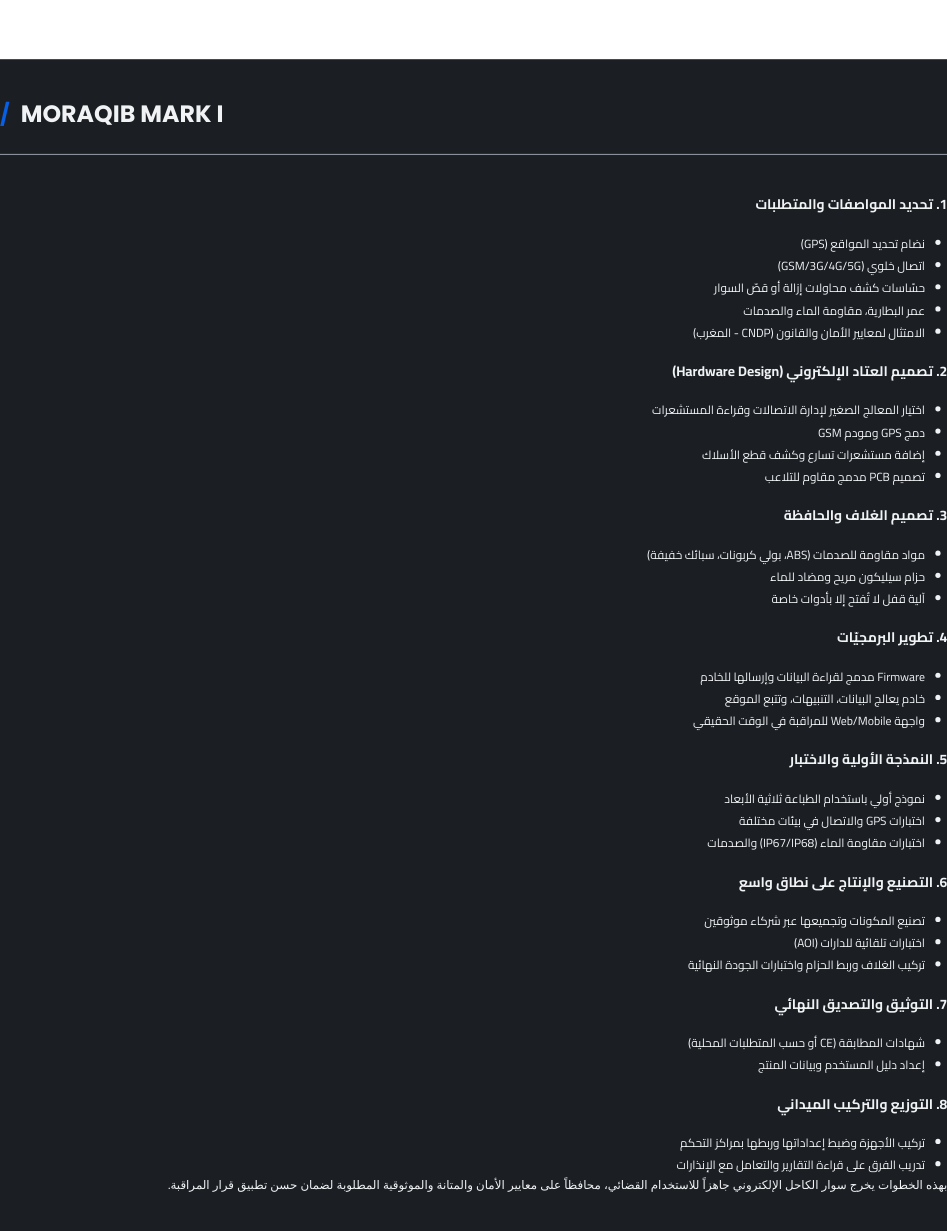
Repository: ayoubgharts/nextjs_protfolio
Page: /tutorials
An editor plug-in stored every save of this project. The page is shown before and after the next save, followed by the edit.
The browser window is 1280 px wide. The pictures show the whole page, at 74% of full size.
The project was rebuilt for these pictures with package versions that can differ from the ones it lists, and the page was loaded fresh each time. The framework's server and built-in components were replaced by stand-ins that run in the browser. Also part of the build but not shown: next.config.mjs.

Above is the page before, as saved 2025-06-01 00:40:04.

### src/app/tutorials/page.jsx
// pages/tutorials.js
import Link from "next/link";
import styles from "./tutorials.module.css";

import { Container } from "react-bootstrap";

import SectionTitle from "@/components/buttons/section-title/SectionTitle";

export default function Tutorials() {
  return (
    <main className={styles.tutorials}>
      <Container>
        <SectionTitle textContent={"MORAQIB mark I"} />
        <div className={styles.project}>
          <h3>1. تحديد المواصفات والمتطلبات</h3>
          <ul>
            <li>نضام تحديد المواقع (GPS)</li>
            <li>اتصال خلوي (GSM/3G/4G/5G)</li>
            <li>حسّاسات كشف محاولات إزالة أو قصّ السوار</li>
            <li>عمر البطارية، مقاومة الماء والصدمات</li>
            <li>الامتثال لمعايير الأمان والقانون (CNDP - المغرب)</li>
          </ul>

          <h3>2. تصميم العتاد الإلكتروني (Hardware Design)</h3>
          <ul>
            <li>اختيار المعالج الصغير لإدارة الاتصالات وقراءة المستشعرات</li>
            <li>دمج GPS ومودم GSM</li>
            <li>إضافة مستشعرات تسارع وكشف قطع الأسلاك</li>
            <li>تصميم PCB مدمج مقاوم للتلاعب</li>
          </ul>

          <h3>3. تصميم الغلاف والحافظة</h3>
          <ul>
            <li>مواد مقاومة للصدمات (ABS، بولي كربونات، سبائك خفيفة)</li>
            <li>حزام سيليكون مريح ومضاد للماء</li>
            <li>آلية قفل لا تُفتح إلا بأدوات خاصة</li>
          </ul>

          <h3>4. تطوير البرمجيّات</h3>
          <ul>
            <li>Firmware مدمج لقراءة البيانات وإرسالها للخادم</li>
            <li>خادم يعالج البيانات، التنبيهات، وتتبع الموقع</li>
            <li>واجهة Web/Mobile للمراقبة في الوقت الحقيقي</li>
          </ul>

          <h3>5. النمذجة الأولية والاختبار</h3>
          <ul>
            <li>نموذج أولي باستخدام الطباعة ثلاثية الأبعاد</li>
            <li>اختبارات GPS والاتصال في بيئات مختلفة</li>
            <li>اختبارات مقاومة الماء (IP67/IP68) والصدمات</li>
          </ul>

          <h3>6. التصنيع والإنتاج على نطاق واسع</h3>
          <ul>
            <li>تصنيع المكونات وتجميعها عبر شركاء موثوقين</li>
            <li>اختبارات تلقائية للدارات (AOI)</li>
            <li>تركيب الغلاف وربط الحزام واختبارات الجودة النهائية</li>
          </ul>

          <h3>7. التوثيق والتصديق النهائي</h3>
          <ul>
            <li>شهادات المطابقة (CE أو حسب المتطلبات المحلية)</li>
            <li>إعداد دليل المستخدم وبيانات المنتج</li>
          </ul>

          <h3>8. التوزيع والتركيب الميداني</h3>
          <ul>
            <li>تركيب الأجهزة وضبط إعداداتها وربطها بمراكز التحكم</li>
            <li>تدريب الفرق على قراءة التقارير والتعامل مع الإنذارات</li>
          </ul>

          <p>
              بهذه الخطوات يخرج سوار الكاحل الإلكتروني جاهزاً للاستخدام القضائي، محافظاً على
              معايير الأمان والمتانة والموثوقية المطلوبة لضمان حسن تطبيق قرار المراقبة.
          </p>
        </div>
      </Container>
    </main>
  );
}

### src/app/globals.css

/*? import google font 'Poppins' */
@import url('https://fonts.googleapis.com/css2?family=Poppins:wght@100;200;300;400;500;600;700&family=Raleway:ital,wght@0,100..900;1,100..900&display=swap');

/*? all variables */
:root {
  /*. Web colors vars */
  --dark:      #1b1f24;
  --dark-fixed:      #1b1f24;
  --dark-300:  #23282f;
  --dark-400:  #2b323b;
  --dark-300-opacity:  #23282fab;
  --dark-400-opacity:  #2b323bb0;
  --dark-300-fixed:#282c31;
  --dark-500:  #333c47;
  --dark-600:  #4d5a6a;
  --dark-700:  #778392;
  --dark-800:  #9da6b3;

  --light:     #f0f2f4;
  --light-fixed:     #f0f2f4;
  --light-300: #454649;
  --light-400: #c3cad5;
  --light-500: #8895aa;

  --primary:   #075fe4;
  --primary-dark:   #12499c;
  --primary-light:   #6b93cf;
  --success:   #11845b;
  --danger:    #c6303e;
  --danger-dark:    #992934;
  --warning:   #fd7e14;

  --purple:    #4c0bce;
  --purple-dark:    #330f7c;
  --violet:    #712cf9;
  --pink:    #f92c8c;
  --yellow:    #ffc107;
  --green:     #198754;
  --teal:      #20c997;
  --cyan:      #0dcaf0;

  /*. Mobile Var Colors */
  --mobile-dark:      #1b1f24;
  --mobile-light:     #f0f2f4;
  --mobile-dark-300:  #23282f;
  --mobile-dark-500:  #333c47;
  --mobile-dark-700:  #778392;



  /*. transitions vars */
  --trans-03: all ease .3s;
  --trans-05: all ease .5s;

  /*. border radius vars */
  --br-8: 8px;
  --br-50: 50px;

  /*. padding global default */
  --container-120: 0 120px;
  --container-60: 0 60px;
  --container-20: 0 20px;

  /*. buttons vars */
  --btn-padding: 10px 25px;
  --btn-font-size: 1.2rem;
  --btn-font-media: 0.9rem;
  --light-btn:#f0f2f4;

}


/* Light mode overrides */
.light-mode {

  /*. web switch colors */
  --dark:       #e0e3e6;
  --dark-300:  #cdd6e2;
  --dark-400:  #c7cfd8;
  --dark-300-opacity:  #b6bfccab;
  --dark-400-opacity:  #b5bfccb0;
  --dark-500:   #c2c8d3;
  --dark-600:  #4d5a6a;
  --dark-700:  #eff3f7;
  --dark-800:  #757c85;

  --light:     #1b1f24;
  --light-300: #dde1e9;
  --light-400: #c3cad5;
  --light-500: #8895aa;

  /*. mobile switch colors */
  --mobile-dark:      #f0f2f4;
  --mobile-light:     #1b1f24;
  --mobile-dark-500:  #b5bcc4;
  --mobile-dark-700:  #778392;
  --mobile-dark-300:  #e4e7ec;
}


/*? Global Styles */
*{
  font-family: "Poppins", sans-serif;
  box-sizing: border-box;
  padding: 0;
  margin: 0;
}

body {
  font-family: "Poppins", sans-serif;
  box-sizing: border-box;
  padding: 0;
  margin: 0;
}

/*? Normalise */
a, Link{
  color: var(--cyan);
  text-decoration: none !important;
}
ul{
  list-style: none;
  margin: 0;
  padding: 0;
}
ul li{
  margin: 0;
  padding: 0;
}
h1, h2, h3, h4, h5{
  margin: 0;
  padding: 0;
}

i{
  margin: 0;
  padding: 0;
}

.container{
  transition: var(--trans-03);
}

### src/app/tutorials/tutorials.module.css

/*? import google font 'Cairo' */
@import url('https://fonts.googleapis.com/css2?family=Cairo:wght@200..1000&display=swap');


.tutorials{
    margin-top: 80px;
    background: var(--dark);
    padding: 50px 0;
    transition: var(--trans-03);
    text-align: start;
    color: var(--light);
}

.button{
    outline: none;
    border: none;
    background: var(--primary);
    color: var(--light-fixed);
    width: 100%;
    padding: 15px 25px;
    border-radius: 10px;
    margin-top: 30px;
    transition: var(--trans-03);
}

.button:hover{
    background: var(--primary-dark);
}

.project{
    display: flex;
    flex-direction: column;
    width: 100%;
    direction: rtl;
}
.project h3{
    margin: 20px 0;
    font-family: "Cairo";
}
.project ul li{
    font-family: "Cairo";
    list-style-type: disc;
    margin-right: 30px;
}

### src/components/buttons/section-title/SectionTitle.jsx
import styles from './title.module.css';

export default function SectionTitle({textContent}){
    return(
        <h2 className={styles.h2}>
            {textContent}
        </h2>
    )
}

### src/components/buttons/section-title/title.module.css
.h2{
    font-size: 2rem;
    font-weight: 700;
    text-transform: uppercase;
    color: var(--light);
    width: 100%;
    border-bottom: solid 1.2px var(--light-400);
    margin-bottom: 30px;
    padding-bottom: 30px;
}

.h2::before{
    content: '/';
    color: var(--primary);
    margin-right: 15px;
    font-size: 1.8rem;
}

Loaded but not shown: src/app/layout.js (common file)

After the next save:
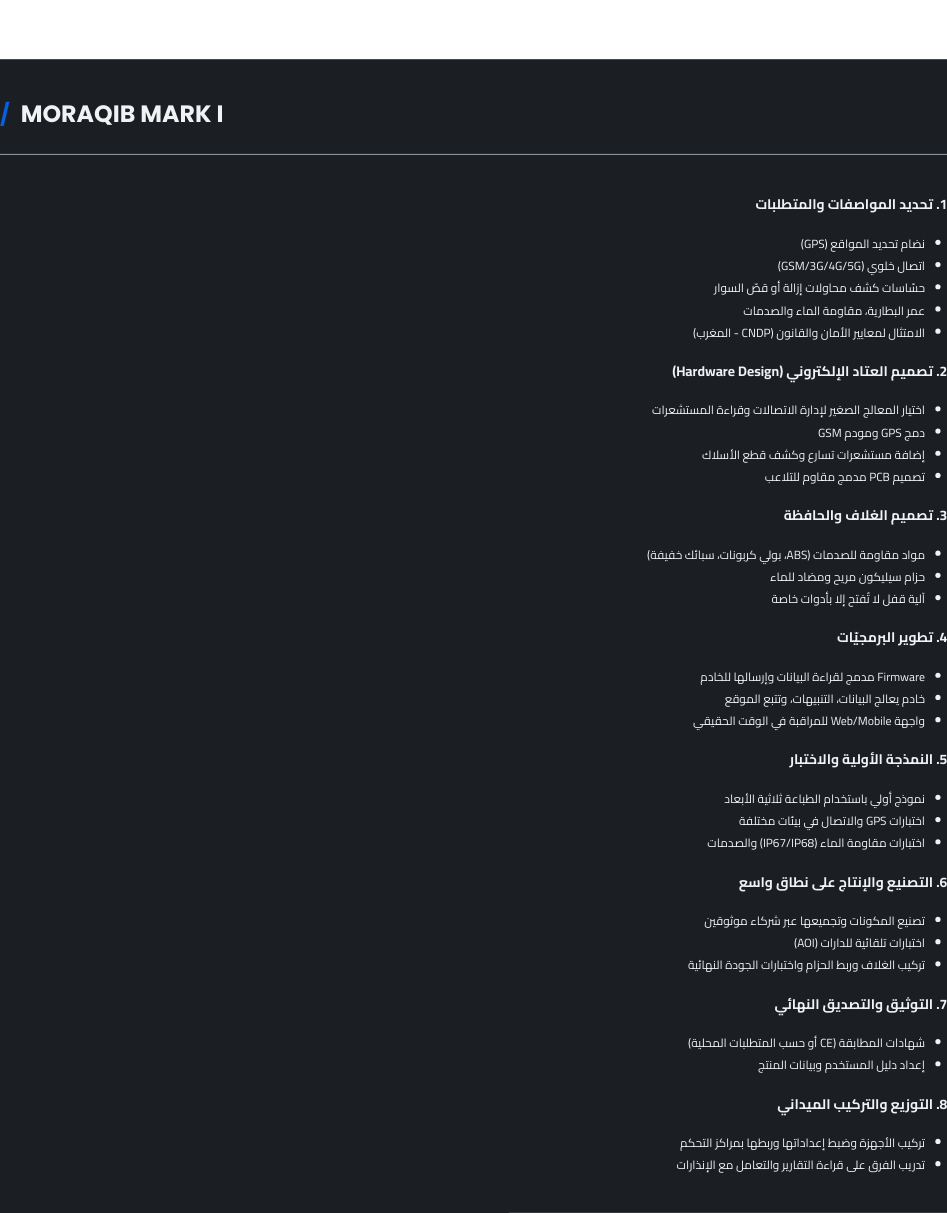
Saved 2 min 7 s later.
--- a/src/app/tutorials/page.jsx
+++ b/src/app/tutorials/page.jsx
@@ -69,10 +69,6 @@
             <li>تدريب الفرق على قراءة التقارير والتعامل مع الإنذارات</li>
           </ul>
 
-          <p>
-              بهذه الخطوات يخرج سوار الكاحل الإلكتروني جاهزاً للاستخدام القضائي، محافظاً على
-              معايير الأمان والمتانة والموثوقية المطلوبة لضمان حسن تطبيق قرار المراقبة.
-          </p>
         </div>
       </Container>
     </main>
